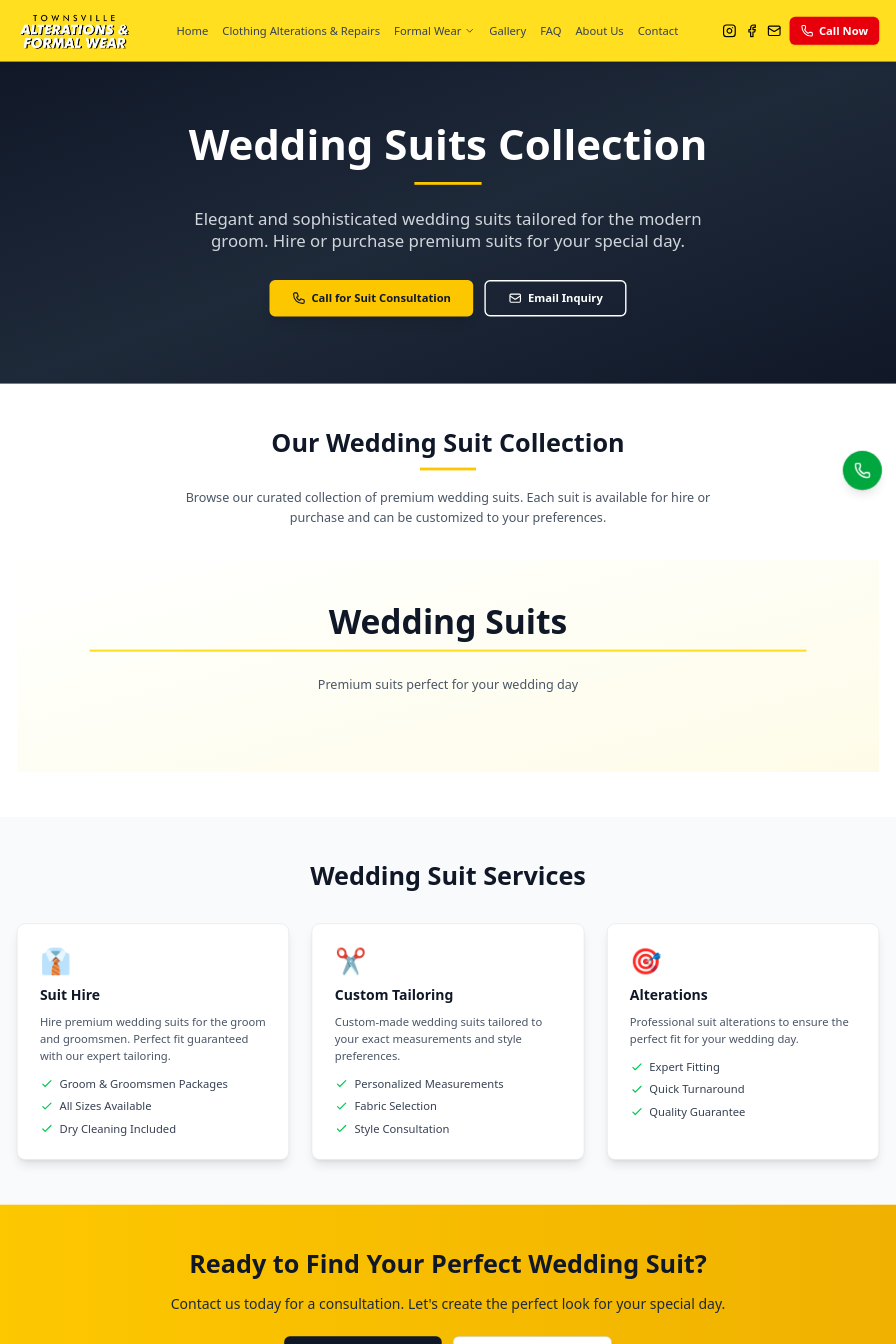
Repository: tarekhasan1/townsville-alteration
Page: /wedding-suits
The author's editor kept a copy of each file at every save. The page is drawn from the files as they stood at one save, then again after the next save.
The browser window is 1280 px wide. The pictures show the part of the page from y = 0 to 1920 px (the page is 2583 px tall before and 2715 px after), at 70% of full size.
The page's requests for data from a server got no answer. The project was rebuilt for these pictures with package versions that can differ from the ones it lists, and the page was loaded fresh each time. The framework's server and built-in components were replaced by stand-ins that run in the browser. No one was signed in, and anything a server would have sent is missing. Also part of the build but not shown: next.config.ts.

Above is the page before, as saved 2026-01-31 11:11:18.

After the next save:
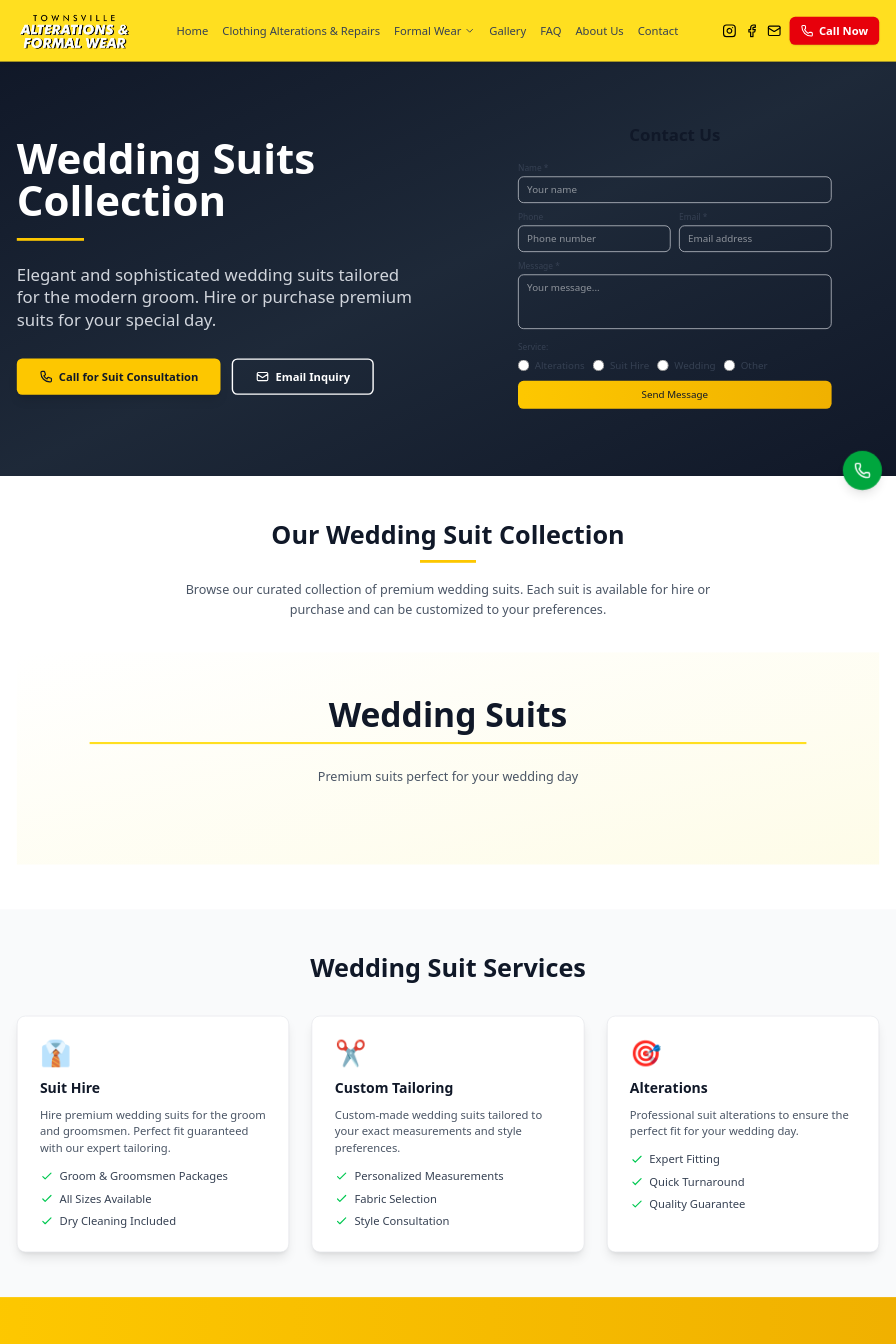
Saved 3 min 12 s later.
--- a/src/app/wedding-suits/page.tsx
+++ b/src/app/wedding-suits/page.tsx
@@ -1,6 +1,7 @@
 // app/wedding-suits/page.tsx
 import { Metadata } from 'next';
 import ImageGallery from '@/components/ImageGallery';
+import ContactForm from '@/components/ContactForm'; // Import the form
 
 export const metadata: Metadata = {
   title: 'Wedding Suits Collection | Townsville Alterations & Formal Wear',
@@ -33,34 +34,46 @@ export default function WeddingSuitsPage() {
     <main className='pt-[80px]'>
       {/* Hero Section */}
       <section className="relative bg-gradient-to-br from-gray-900 via-gray-800 to-gray-900 text-white py-16 md:py-24 px-6">
-        <div className="max-w-7xl mx-auto text-center">
-          <h1 className="text-4xl md:text-5xl lg:text-6xl font-bold mb-6">
-            Wedding Suits Collection
-          </h1>
-          <div className="w-24 h-1 bg-yellow-400 mx-auto mb-8"></div>
-          <p className="text-xl md:text-2xl text-gray-300 max-w-3xl mx-auto mb-10">
-            Elegant and sophisticated wedding suits tailored for the modern groom.
-            Hire or purchase premium suits for your special day.
-          </p>
-          <div className="flex flex-col sm:flex-row gap-4 justify-center">
-            <a
-              href="tel:0421929683"
-              className="inline-flex items-center justify-center bg-yellow-400 text-gray-900 hover:bg-yellow-500 font-bold py-3 px-8 rounded-lg transition-all duration-300 shadow-lg hover:shadow-xl transform hover:-translate-y-1"
-            >
-              <svg className="w-5 h-5 mr-2" fill="none" stroke="currentColor" viewBox="0 0 24 24">
-                <path strokeLinecap="round" strokeLinejoin="round" strokeWidth="2" d="M3 5a2 2 0 012-2h3.28a1 1 0 01.948.684l1.498 4.493a1 1 0 01-.502 1.21l-2.257 1.13a11.042 11.042 0 005.516 5.516l1.13-2.257a1 1 0 011.21-.502l4.493 1.498a1 1 0 01.684.949V19a2 2 0 01-2 2h-1C9.716 21 3 14.284 3 6V5z" />
-              </svg>
-              Call for Suit Consultation
-            </a>
-            <a
-              href="mailto:tranglecong2014@gmail.com?subject=Wedding Suit Inquiry"
-              className="inline-flex items-center justify-center bg-transparent border-2 border-white text-white hover:bg-white hover:text-gray-900 font-bold py-3 px-8 rounded-lg transition-all duration-300"
-            >
-              <svg className="w-5 h-5 mr-2" fill="none" stroke="currentColor" viewBox="0 0 24 24">
-                <path strokeLinecap="round" strokeLinejoin="round" strokeWidth="2" d="M3 8l7.89 5.26a2 2 0 002.22 0L21 8M5 19h14a2 2 0 002-2V7a2 2 0 00-2-2H5a2 2 0 00-2 2v10a2 2 0 002 2z" />
-              </svg>
-              Email Inquiry
-            </a>
+        <div className="max-w-7xl mx-auto">
+          <div className="flex flex-col lg:flex-row gap-10 lg:gap-16 items-center">
+            {/* Left Column */}
+            <div className="lg:w-1/2">
+              <div className="text-center lg:text-left">
+                <h1 className="text-4xl md:text-5xl lg:text-6xl font-bold mb-6">
+                  Wedding Suits Collection
+                </h1>
+                <div className="w-24 h-1 bg-yellow-400 lg:mx-0 mb-8"></div>
+                <p className="text-xl md:text-2xl text-gray-300 mb-10">
+                  Elegant and sophisticated wedding suits tailored for the modern groom.
+                  Hire or purchase premium suits for your special day.
+                </p>
+                <div className="flex flex-col sm:flex-row gap-4">
+                  <a
+                    href="tel:0421929683"
+                    className="inline-flex items-center justify-center bg-yellow-400 text-gray-900 hover:bg-yellow-500 font-bold py-3 px-8 rounded-lg transition-all duration-300 shadow-lg hover:shadow-xl transform hover:-translate-y-1"
+                  >
+                    <svg className="w-5 h-5 mr-2" fill="none" stroke="currentColor" viewBox="0 0 24 24">
+                      <path strokeLinecap="round" strokeLinejoin="round" strokeWidth="2" d="M3 5a2 2 0 012-2h3.28a1 1 0 01.948.684l1.498 4.493a1 1 0 01-.502 1.21l-2.257 1.13a11.042 11.042 0 005.516 5.516l1.13-2.257a1 1 0 011.21-.502l4.493 1.498a1 1 0 01.684.949V19a2 2 0 01-2 2h-1C9.716 21 3 14.284 3 6V5z" />
+                    </svg>
+                    Call for Suit Consultation
+                  </a>
+                  <a
+                    href="mailto:tranglecong2014@gmail.com?subject=Wedding Suit Inquiry"
+                    className="inline-flex items-center justify-center bg-transparent border-2 border-white text-white hover:bg-white hover:text-gray-900 font-bold py-3 px-8 rounded-lg transition-all duration-300"
+                  >
+                    <svg className="w-5 h-5 mr-2" fill="none" stroke="currentColor" viewBox="0 0 24 24">
+                      <path strokeLinecap="round" strokeLinejoin="round" strokeWidth="2" d="M3 8l7.89 5.26a2 2 0 002.22 0L21 8M5 19h14a2 2 0 002-2V7a2 2 0 00-2-2H5a2 2 0 00-2 2v10a2 2 0 002 2z" />
+                    </svg>
+                    Email Inquiry
+                  </a>
+                </div>
+              </div>
+            </div>
+
+            {/* Right Column - Contact Form */}
+            <div className="lg:w-1/2">
+              <ContactForm />
+            </div>
           </div>
         </div>
       </section>
